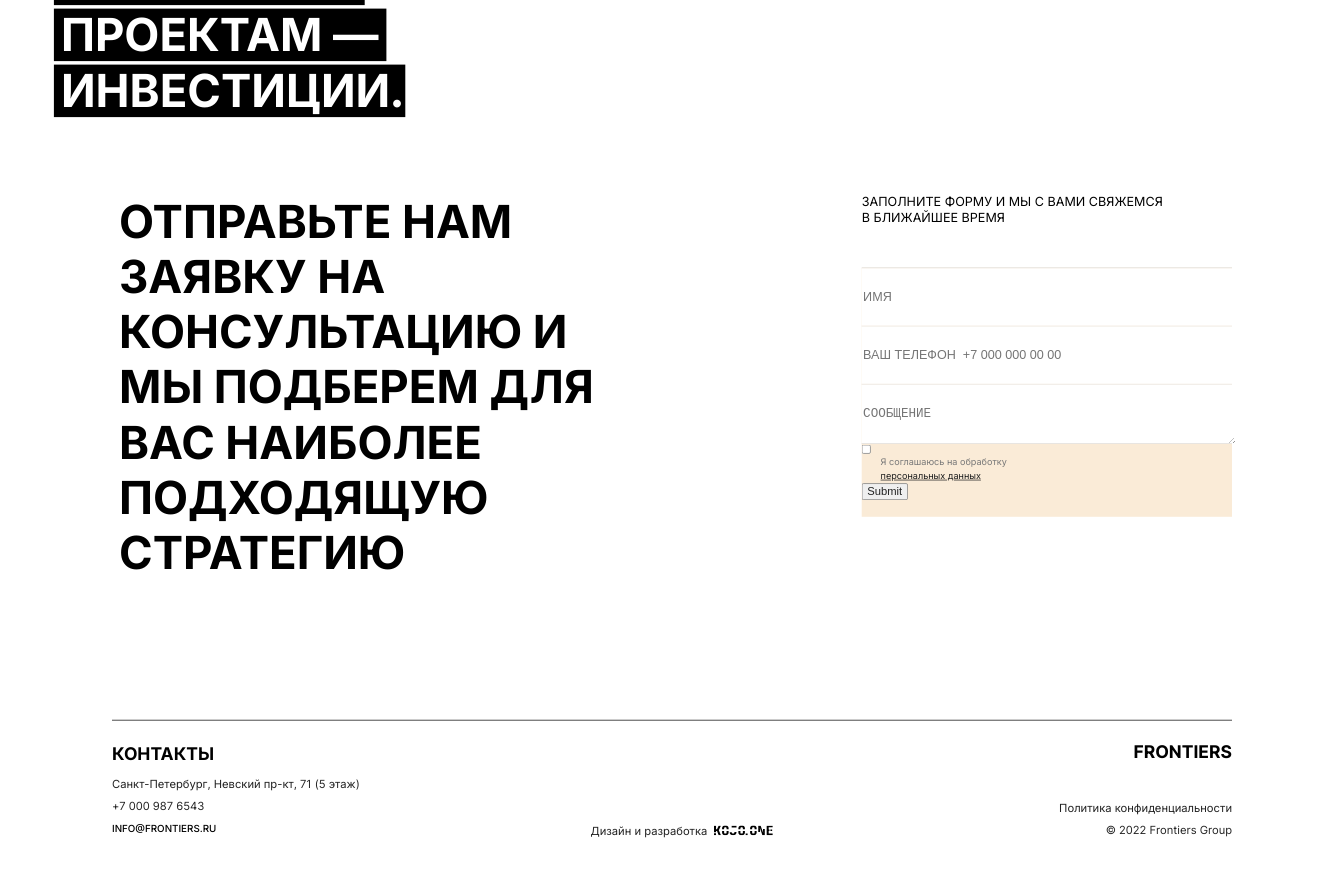
Repository: NadyaKorvin/frontiers
Page: /
An editor plug-in stored every save of this project. The page is shown before and after the next save, followed by the edit.
The browser window is 1280 px wide. The page is 1920 px wide, so the pictures cover 1920 px, including what lies to the right of the window. The pictures show the part of the page from y = 1385 to 2665 px (the page is 2665 px tall), at 70% of full size.
The project was rebuilt for these pictures with package versions that can differ from the ones it lists, and the page was loaded fresh each time.

Above is the page before, as saved 2022-05-23 18:31:31.

After the next save:
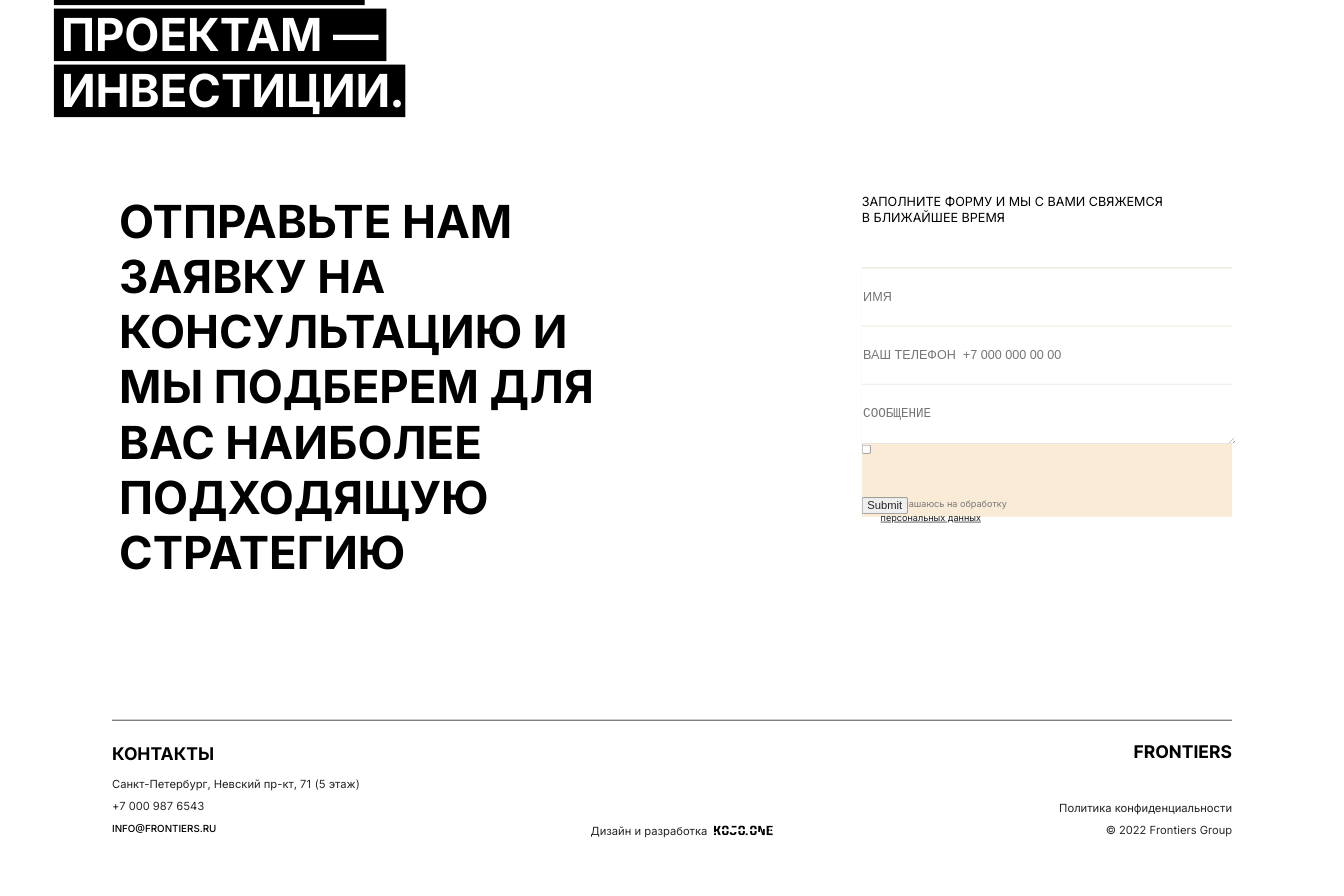
Saved 7 s later.
--- a/src/components/lastScreen/Form.module.css
+++ b/src/components/lastScreen/Form.module.css
@@ -29,7 +29,7 @@
 }
 
 .policy_text {
-    padding-top: ;
+    padding-top: 60px;
   padding-left: 27px;
   width: 250px;
   height: 40px;

After the save that followed:
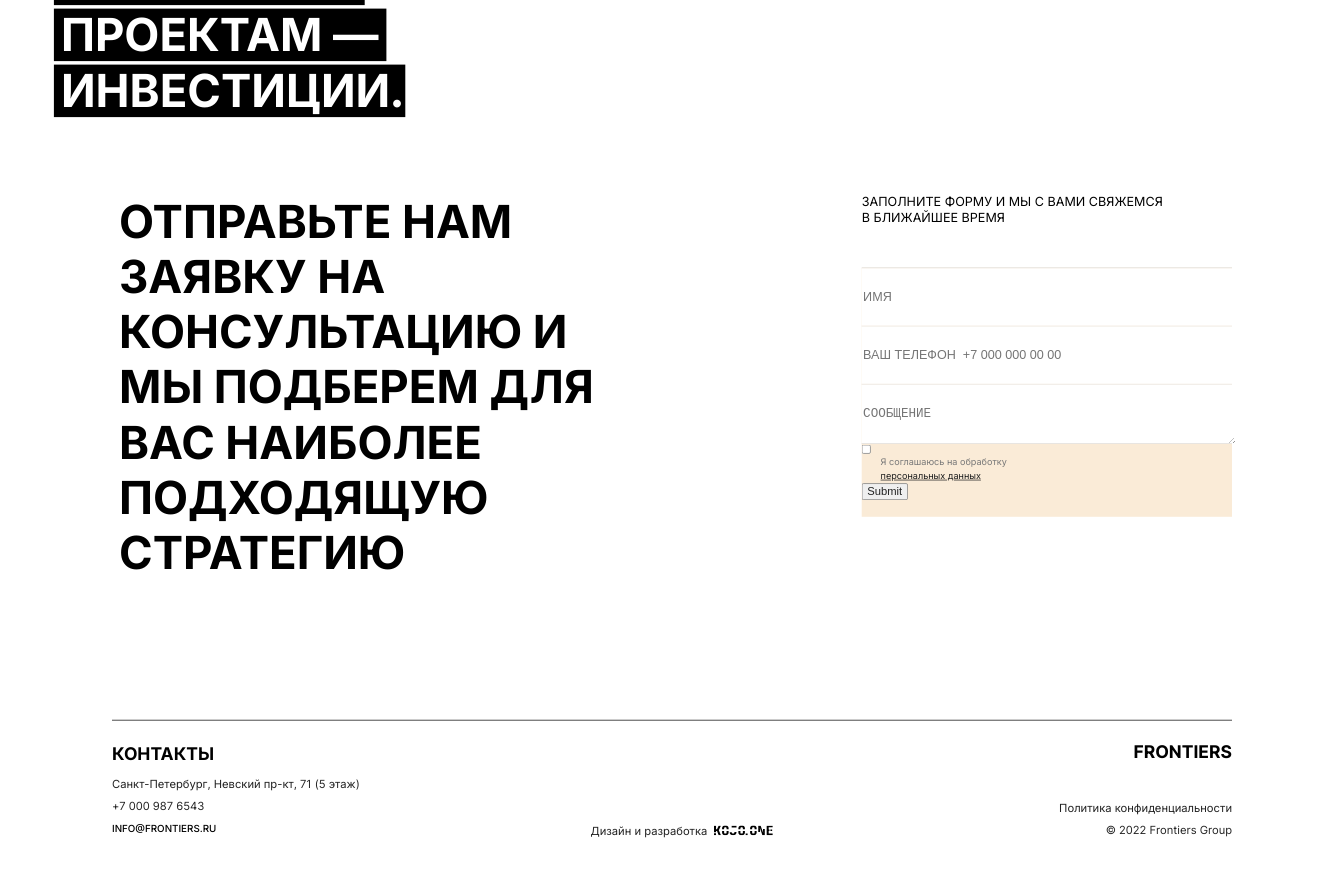
Saved 24 s later.
--- a/src/components/lastScreen/Form.module.css
+++ b/src/components/lastScreen/Form.module.css
@@ -29,7 +29,7 @@
 }
 
 .policy_text {
-    padding-top: 60px;
+    padding-top: 0px;
   padding-left: 27px;
   width: 250px;
   height: 40px;
